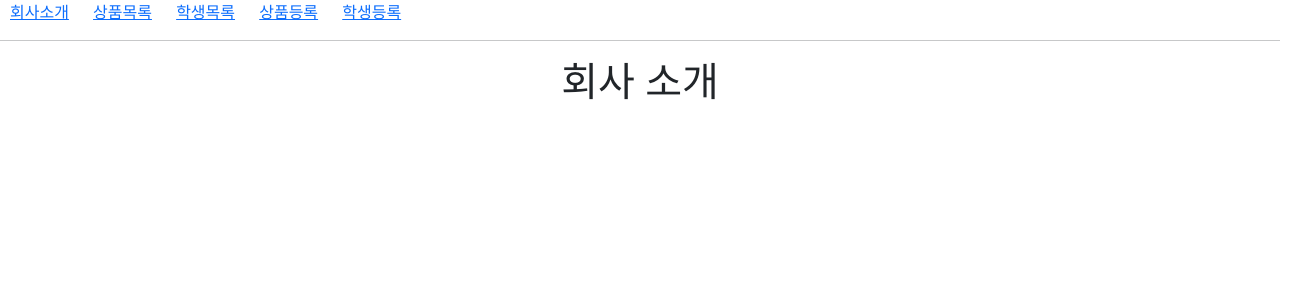
Repository: gwangso/web
Page: http://localhost/ex01/
The author's editor kept a copy of each file at every save. The page is drawn from the files as they stood at one save, then again after the next save.
The browser window is 1280 px wide. The page is 1292 px wide, then 1280 px, so the pictures cover 1292 px, including what lies to the right of the window. The pictures show the whole page.
The page is served by Tomcat 9.

Above is the page before, as saved 2023-07-24 05:47:23.

After the next save:
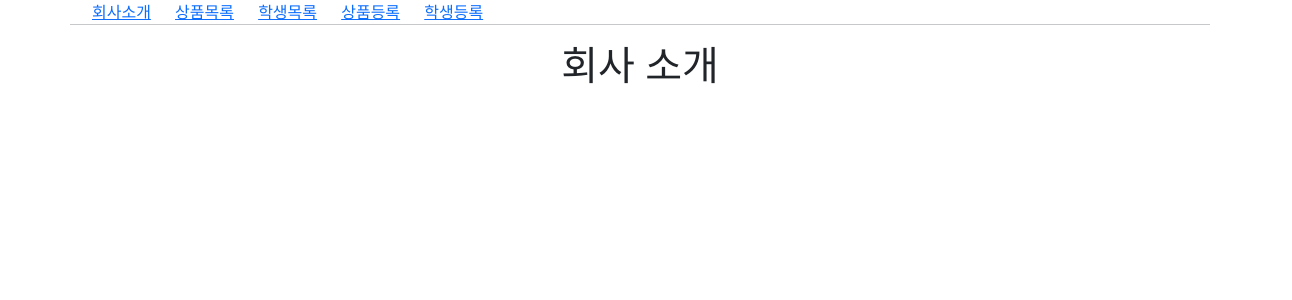
Saved 62 s later.
--- a/ex01/src/main/webapp/home.jsp
+++ b/ex01/src/main/webapp/home.jsp
@@ -19,9 +19,9 @@
 		</style>
 	</head>
 <body>
+<div class="container">
 	<div class="row">
 		<div class="col">
-			<div>
 				<a href="/">회사소개</a>
 				<a href="/pro/list">상품목록</a>
 				<a href="/stu/list">학생목록</a>
@@ -34,6 +34,7 @@
 			</div>
 		</div>
 	</div>
+</div>
 </body>
 
 </html>
